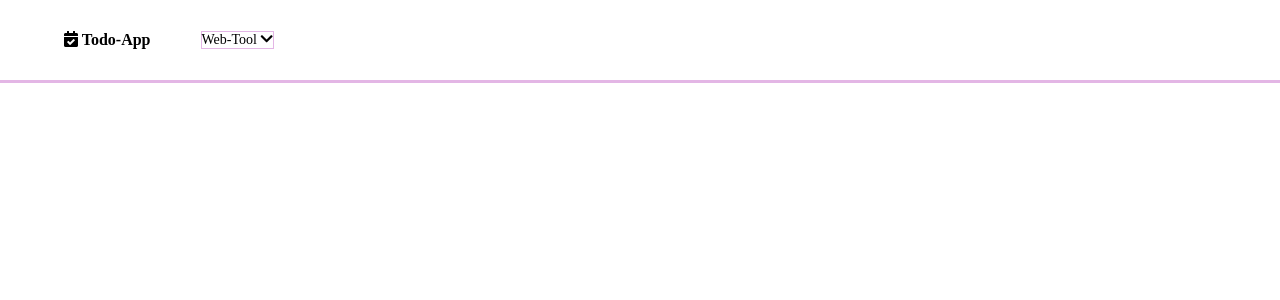
Repository: Hiroshii-m/todo_vue
Page: index.html
An editor plug-in stored every save of this project. The page is shown before and after the next save, followed by the edit.
The browser window is 1280 px wide. The pictures show the whole page.
The style sheet was rebuilt from its Sass, Less or Tailwind sources for each picture, by a compiler version that may differ from the author's.

Above is the page before, as saved 2021-06-26 17:27:34.

### index.html
<!DOCTYPE html>
<html lang="en">
<head>
    <meta charset="UTF-8">
    <meta http-equiv="X-UA-Compatible" content="IE=edge">
    <meta name="viewport" content="width=device-width, initial-scale=1.0">
    <link rel="stylesheet" href="node_modules/@fortawesome/fontawesome-free/css/all.css">
    <link rel="stylesheet" href="dist/css/style.css">
    <title>TODO APP Vue</title>
</head>
<body>

    <!-- header -->
    <header id="l-header" class="u-border-bottom">
        <div class="c-header">
            <h2 class="c-header__home">
                <i class="fas fa-calendar-check"></i>
                <a class="c-header__text" href="">Todo-App</a>
            </h2>
            <h3 class="c-header__other">
                Web-Tool
                <i class="fas fa-chevron-down"></i>
            </h3>
        </div>
    </header><!-- /header -->

</body>
</html>

### src/scss/style.scss

// ======================================
// foundation
// ======================================
@use 'foundation/reset';
@use 'foundation/variables';
// ======================================
// layout
// ======================================
#l-header {
    width: 100%;
}
// ======================================
// object
// ======================================
// Component
// **************************************
.c-header {
    width: 90%;
    height: 80px;
    margin: 0 auto;
    display: flex;
    align-items: center;
    &__home {
        margin-right: 50px;
        font-weight: bold;
    }
    &__other {
        font-size: var(--font-size_m);
        border: 1px solid var(--color_accent);
    }
}
// Project
// **************************************
// Utility
// **************************************
.u-border {
    &-bottom {
        border-bottom: 3px solid var(--color_accent);
    }
}

### src/scss/foundation/_variables.scss
:root {
    --font-color_default: #5A5A5A;
    --color_base: #F7FFFE;
    --color_accent: #E3B6E5;
    --color_edit: #C8E4F4;
    --color_complete: #C8E4F4;
    --site-width_xxl: 780px;
    --site-width_xl: 680px;
    --site-width_md: 580px;
    --site-width_ms: 414px;

    --font-size_s: 12px;
    --font-size_m: 14px;
    --font-size_default: 16px;
    --font-size_l: 18px;
    --font-size_xl: 24px;
    --font-size_xxl: 28px;
    --font-size_3l: 38px;
}


$space_s: 5px;
$space_m: 10px;
$space_l: 15px;
$space_xl: 20px;
$space_xxl: 30px;
$space_3l: 40px;

$font-family_default: "メイリオ", sans-serif;

Loaded but not shown: node_modules/@fortawesome/fontawesome-free/css/all.css (library); src/scss/foundation/_reset.scss (common file)

After the next save:
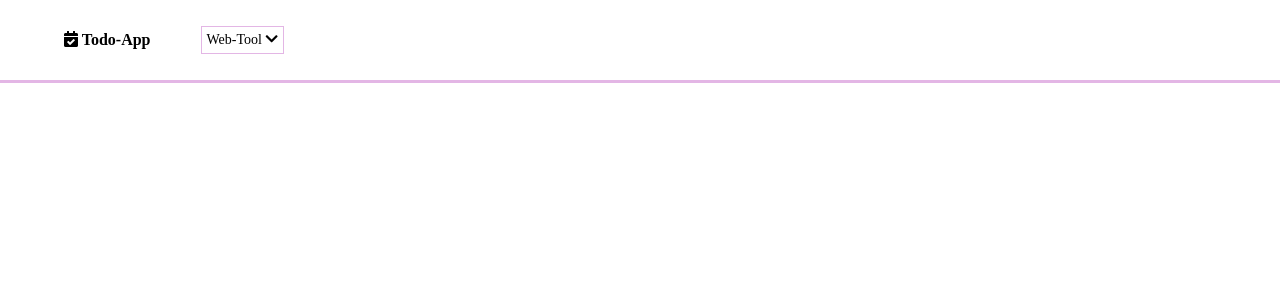
Saved 28 s later.
--- a/src/scss/style.scss
+++ b/src/scss/style.scss
@@ -27,6 +27,7 @@
     }
     &__other {
         font-size: var(--font-size_m);
+        padding: 5px;
         border: 1px solid var(--color_accent);
     }
 }

After the save that followed:
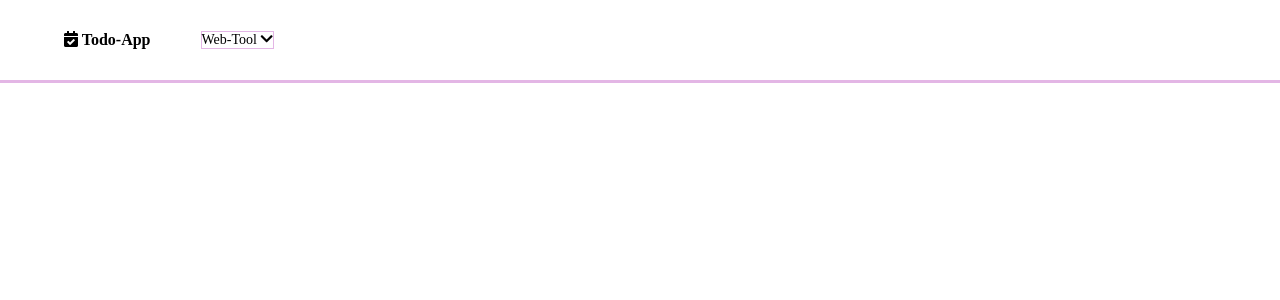
Saved 10 s later.
--- a/src/scss/style.scss
+++ b/src/scss/style.scss
@@ -27,7 +27,6 @@
     }
     &__other {
         font-size: var(--font-size_m);
-        padding: 5px;
         border: 1px solid var(--color_accent);
     }
 }
